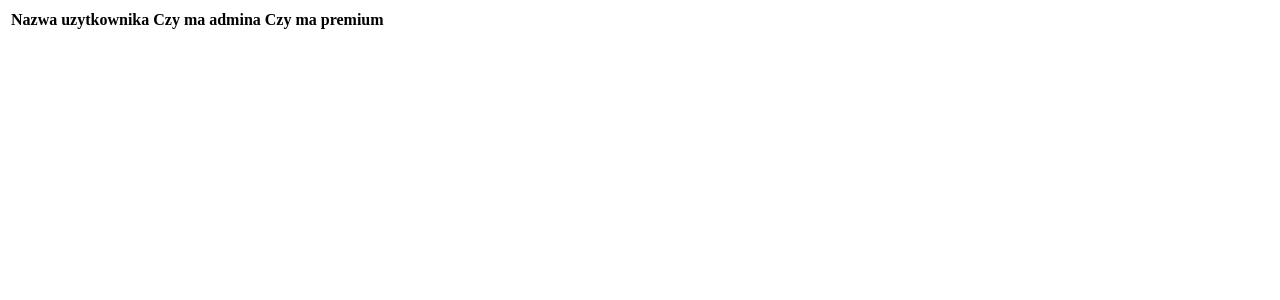
Repository: KonChrza/Zad2JAva1
Page: http://localhost/zad2/userTable.jsp
An editor plug-in stored every save of this project. The page is shown before and after the next save, followed by the edit.
The browser window is 1280 px wide. The pictures show the whole page.
Some web libraries are served in a nearby version. The page is served by Tomcat 9. Other server files are loaded and not shown.

Above is the page before, as saved 2019-04-13 10:42:46.
Console error: SyntaxError: Unexpected token '<='

### zad2/src/main/webapp/userTable.jsp
<%@ page language="java" contentType="text/html; charset=ISO-8859-1"
    pageEncoding="ISO-8859-1"%>
<!DOCTYPE html>
<html>
<head>

<meta charset="ISO-8859-1">
<title class="xd">XD</title>
</head>
<body>
<table id="userTable">
<tr>
<th>Nazwa uzytkownika</th>
<th>Czy ma admina</th>
<th>Czy ma premium</th>
</tr>
<tr>
</tr>

</table>
<script src="https://ajax.googleapis.com/ajax/libs/jquery/2.1.1/jquery.min.js"></script>
<script>
var xd = <%out.println((String)session.getAttribute("table"));%>
var table = document.getElementById("userTable");
xd.foreach(function(user){
	var i = 1;
	var nameCell = user.Name;
	var isAdminCell = user.Credencials.IsAdmin;
	var isPremiumCell = user.Credencials.IsPremium;
	var row = table.insertRow(i);
	for (var j=0, j<=2, j++){
		row.app
	}

});
</script>
</body>
</html>

After the next save:
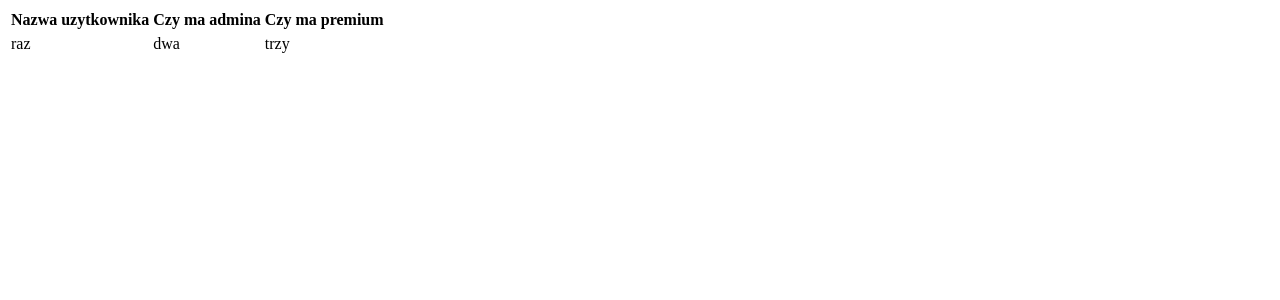
The error is gone.
Saved 6 min 8 s later.
--- a/zad2/src/main/webapp/userTable.jsp
+++ b/zad2/src/main/webapp/userTable.jsp
@@ -22,17 +22,7 @@
 <script>
 var xd = <%out.println((String)session.getAttribute("table"));%>
 var table = document.getElementById("userTable");
-xd.foreach(function(user){
-	var i = 1;
-	var nameCell = user.Name;
-	var isAdminCell = user.Credencials.IsAdmin;
-	var isPremiumCell = user.Credencials.IsPremium;
-	var row = table.insertRow(i);
-	for (var j=0, j<=2, j++){
-		row.app
-	}
-
-});
+$('#userTable').append("<tr><td>"+"raz"+"</td><td>"+"dwa"+"</td><td>"+"trzy"+"</td></tr>");
 </script>
 </body>
 </html>
